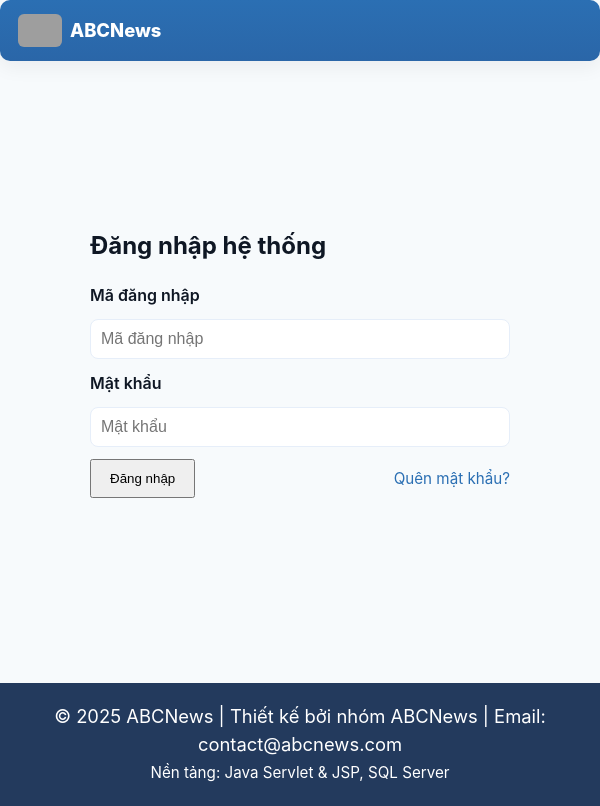
Repository: linhlinh113/ASM
Page: http://localhost/ABCNews/LoginServlet
An editor plug-in stored every save of this project. The page is shown before and after the next save, followed by the edit.
The browser window is 600 px wide. The pictures show the whole page.
Pictures or frames that could not be fetched are drawn as grey boxes. The page is served by Tomcat 10. Other server files are loaded and not shown.

Above is the page before, as saved 2025-10-17 10:52:47.

### ABCNews/src/main/webapp/login.jsp
<%@ page contentType="text/html;charset=UTF-8" language="java" %>
<%@ taglib uri="http://java.sun.com/jsp/jstl/core" prefix="c" %>
<c:set var="ctx" value="${pageContext.request.contextPath}" />
<!DOCTYPE html>
<html lang="vi">
<head>
    <meta charset="UTF-8"/>
    <title>Đăng nhập hệ thống ABCNews</title>
    <link rel="icon" type="image/png" href="${ctx}/assets/img/newsicon.png"/>
    <link rel="stylesheet" href="${ctx}/assets/css/style.css"/>
    <!-- Nếu muốn styles riêng cho login, có thể tạo file login.css và import ở đây -->
</head>
<body>
    <!-- include header để hiển thị navbar/menu -->
    <jsp:include page="/layout/header.jsp"/>

    <div class="page-wrap" style="min-height:70vh; display:flex; align-items:center; justify-content:center;">
        <div class="login-box" role="main" aria-labelledby="login-title" style="max-width:420px; width:100%;">
            <h2 id="login-title" style="margin-top:0;"><span class="icon-login"></span> Đăng nhập hệ thống</h2>

            <form action="${ctx}/LoginServlet" method="post" style="display:flex;flex-direction:column;gap:12px;">
                <label for="id" style="font-weight:600;">Mã đăng nhập</label>
                <input id="id" type="text" name="id" placeholder="Mã đăng nhập" required
                       style="padding:10px;border-radius:8px;border:1px solid #e6eef9;font-size:1rem;"/>

                <label for="password" style="font-weight:600;">Mật khẩu</label>
                <input id="password" type="password" name="password" placeholder="Mật khẩu" required
                       style="padding:10px;border-radius:8px;border:1px solid #e6eef9;font-size:1rem;"/>

                <div style="display:flex;justify-content:space-between;align-items:center;gap:12px;">
                    <button type="submit" class="login-btn btn" style="flex:0 0 auto;padding:10px 18px;">
                        <span class="icon-login" aria-hidden="true"></span> Đăng nhập
                    </button>
                    <a href="${ctx}/forgot-password.jsp" style="color:var(--primary); font-size:0.95rem; text-decoration:none;">Quên mật khẩu?</a>
                </div>
            </form>

            <c:if test="${not empty error}">
                <div class="alert error" role="alert" style="margin-top:12px;">${error}</div>
            </c:if>
        </div>
    </div>

    <jsp:include page="/layout/footer.jsp"/>
    <script src="${ctx}/assets/js/sidebar.js"></script>
</body>
</html>

### ABCNews/src/main/webapp/layout/header.jsp
<%@ page contentType="text/html;charset=UTF-8" language="java" %>
<%@ page import="com.abcnews.entity.User" %>
<%@ taglib uri="http://java.sun.com/jsp/jstl/core" prefix="c" %>
<%
    User user = (User) session.getAttribute("user");
%>
<c:set var="ctx" value="${pageContext.request.contextPath}" />

<div class="header-bar">
  <div class="header-left">
    <a href="${ctx}/" style="display:inline-flex;align-items:center;text-decoration:none;color:inherit;">
      <img src="${ctx}/assets/img/newsicon.png" width="44" style="border-radius:6px;" alt="ABCNews logo"/>
      <span class="brand-title" style="margin-left:8px;">ABCNews</span>
    </a>
  </div>

  <div class="header-links" role="navigation">
    <a class="header-link" href="${ctx}/">Trang chủ</a>
    <a class="header-link" href="${ctx}/NewsListServlet">Tin tức</a>

    <c:if test="${empty user}">
      <a class="header-link" href="${ctx}/login.jsp">Đăng nhập</a>
    </c:if>

    <c:if test="${not empty user}">
      <span style="color:#fff; font-weight:700; padding:6px 10px; border-radius:8px;">
        <span class="icon-user"></span> ${user.fullname}
      </span>
      <a class="header-link" href="${ctx}/LogoutServlet">Đăng xuất</a>
    </c:if>
  </div>
</div>

<script>
  window.APP_CTX = '${ctx}';
</script>

### ABCNews/src/main/webapp/layout/footer.jsp
<%@ page contentType="text/html;charset=UTF-8" language="java" %>
<div class="footer-bar" style="background:#233a5d;color:#fff;text-align:center;padding:20px 0;margin-top:40px;font-size:1.15rem;">
    <span>&copy; 2025 ABCNews | Thiết kế bởi nhóm ABCNews | <span class="icon-mail"></span> Email: contact@abcnews.com</span>
    <br>
    <span style="font-size:0.95rem;">Nền tảng: Java Servlet &amp; JSP, SQL Server</span>
</div>

### ABCNews/src/main/java/com/abcnews/servlet/LoginServlet.java
package com.abcnews.servlet;

import com.abcnews.dao.UserDAO;
import com.abcnews.entity.User;

import jakarta.servlet.ServletException;
import jakarta.servlet.annotation.WebServlet;
import jakarta.servlet.http.HttpServlet;
import jakarta.servlet.http.HttpServletRequest;
import jakarta.servlet.http.HttpServletResponse;
import jakarta.servlet.http.HttpSession;

import java.io.IOException;

@WebServlet("/LoginServlet")
public class LoginServlet extends HttpServlet {

    @Override
    protected void doPost(HttpServletRequest req, HttpServletResponse resp) throws ServletException, IOException {
        String id = req.getParameter("id");
        String password = req.getParameter("password");
        UserDAO dao = new UserDAO();
        try {
            User user = dao.login(id, password);
            if (user != null) {
                HttpSession session = req.getSession();
                session.setAttribute("user", user);
                if (user.isRole()) { // admin
                    resp.sendRedirect("manage/admin_home.jsp");
                } else {
                    resp.sendRedirect("manage/reporter_home.jsp");
                }
            } else {
                req.setAttribute("error", "Tài khoản hoặc mật khẩu không đúng!");
                req.getRequestDispatcher("login.jsp").forward(req, resp);
            }
        } catch (Exception e) {
            req.setAttribute("error", "Lỗi hệ thống: " + e.getMessage());
            req.getRequestDispatcher("login.jsp").forward(req, resp);
        }
    }

    @Override
    protected void doGet(HttpServletRequest req, HttpServletResponse resp) throws ServletException, IOException {
        req.getRequestDispatcher("login.jsp").forward(req, resp);
    }
}

### ABCNews/src/main/webapp/assets/css/style.css
/* Theme: Sáng - Hài hòa - Dễ nhìn
   Replace your current assets/css/style.css with this file.
*/
:root{
  --primary: #2b6fb3;      /* xanh dịu */
  --accent:  #2bb389;      /* xanh lá nhẹ */
  --bg:      #f7fafc;      /* nền tổng thể */
  --card:    #ffffff;
  --text:    #0f1724;      /* chữ chính */
  --muted:   #6b7280;
  --radius:  12px;
  --shadow:  0 10px 30px rgba(16,24,40,0.06);
  --max-width: 1200px;
}

/* Reset + base */
*{box-sizing:border-box}
html,body{height:100%}
body{
  margin:0;
  font-family: "Inter", "Segoe UI", Roboto, Arial, sans-serif;
  background:var(--bg);
  color:var(--text);
  -webkit-font-smoothing:antialiased;
  -moz-osx-font-smoothing:grayscale;
  line-height:1.5;
  -webkit-font-feature-settings: "liga" 1;
}

/* Global container */
.page-wrap{
  max-width:var(--max-width);
  margin:22px auto;
  padding:0 16px;
}

/* Header */
.header-bar{
  background: linear-gradient(180deg,var(--primary), #2a66a8);
  color:#fff;
  padding:14px 18px;
  display:flex;
  align-items:center;
  justify-content:space-between;
  gap:12px;
  border-radius:10px;
  box-shadow: 0 6px 20px rgba(16,24,40,0.06);
}
.header-left{display:flex;align-items:center;gap:12px}
.brand-title{font-weight:800;font-size:1.15rem;color:#fff}
.header-links{display:flex;gap:10px;align-items:center}
.header-link{
  color: rgba(255,255,255,0.96);
  text-decoration:none;
  padding:8px 10px;
  border-radius:8px;
  font-weight:600;
  transition: background .15s ease, color .15s ease, transform .12s ease;
}
.header-link:hover{ background: rgba(255,255,255,0.06); color:#fff; transform:translateY(-1px); }
.header-link:focus{ outline:3px solid rgba(43,111,179,0.18); outline-offset:2px }

/* Layout grid: left - main - right */
.layout{
  display:grid;
  grid-template-columns: 260px 1fr 320px;
  gap:18px;
  margin-top:18px;
  align-items:start;
}

/* Card / sidebar base */
.container, .sidebar {
  background: var(--card);
  border-radius: var(--radius);
  box-shadow: var(--shadow);
  padding:18px;
  border:1px solid rgba(16,24,40,0.03);
}

/* Left sidebar specifics */
.left-sidebar .search-box{ display:flex; gap:8px; margin-bottom:12px; }
.left-sidebar input[type="text"]{
  flex:1; padding:10px 12px; border-radius:10px;
  border:1px solid #e6eef9; background:#fbfdff; font-size:0.95rem;
}
.left-sidebar button{ padding:10px 12px; border-radius:10px; border:none; background:var(--primary); color:#fff; cursor:pointer; }

/* category buttons */
.cat-btn{
  display:block;
  padding:9px 12px;
  margin-bottom:8px;
  text-decoration:none;
  color:var(--text);
  border-radius:9px;
  background:linear-gradient(180deg,#fff,#fbfdff);
  border:1px solid rgba(16,24,40,0.03);
  font-weight:700;
  transition: transform .12s ease, box-shadow .12s ease;
}
.cat-btn:hover{ transform:translateY(-4px); box-shadow: 0 12px 30px rgba(43,111,179,0.06); }

/* Main content */
.main .main-title{
  font-size:1.5rem; font-weight:800; margin:0 0 12px 0; color:var(--text);
}
.news-grid{
  display:grid;
  grid-template-columns: repeat(auto-fill, minmax(220px, 1fr));
  gap:16px;
}
.news-card{
  border-radius:12px; overflow:hidden; background: linear-gradient(180deg,#fff,#fbfdff);
  border:1px solid rgba(16,24,40,0.03); transition: transform .18s ease, box-shadow .18s ease;
}
.news-card:hover{ transform:translateY(-8px); box-shadow: 0 22px 46px rgba(16,24,40,0.08); }
.thumb{ width:100%; height:150px; overflow:hidden; background:#eef5ff; }
.thumb img{ width:100%; height:100%; object-fit:cover; display:block; }
.news-title{ padding:12px; font-weight:700; color:var(--text); font-size:1rem; min-height:48px; }
.info{ padding:0 12px 12px 12px; color:var(--muted); font-size:0.92rem; }

/* Right sidebar small lists */
.list-item{ display:flex; gap:10px; align-items:center; padding:8px; border-radius:8px; text-decoration:none; color:inherit; border:1px solid rgba(16,24,40,0.03); background:#fff; }
.list-item img{ width:64px; height:48px; object-fit:cover; border-radius:6px; }

/* Recent views */
.recent-views{ display:flex; gap:8px; flex-wrap:wrap; margin-top:8px; }
.recent-views img{ width:60px; height:40px; object-fit:cover; border-radius:6px; border:1px solid rgba(16,24,40,0.03); }

/* Newsletter */
.newsletter-form{ display:flex; gap:8px; margin-top:12px; }
.newsletter-form input{ flex:1; padding:10px; border-radius:10px; border:1px solid #e6eef9; }

/* Alerts */
.alert{ padding:10px 12px; border-radius:8px; margin-top:10px; }
.alert.success{ background:#e6faf1; color:#065f3b; }
.alert.error{ background:#ffecec; color:#9b1b1b; }

/* Footer */
.site-footer{
  margin-top:24px;
  background: linear-gradient(180deg,var(--primary), #2a66a8);
  color:#fff;
  text-align:center;
  padding:14px 10px;
  border-radius:10px;
}

/* Small screens */
@media (max-width:980px){
  .layout{ grid-template-columns:1fr; }
  .sidebar.sticky{ position:relative; top:auto; }
  .page-wrap{ padding:0 12px; }
  .header-links{ display:none; } /* show mobile menu instead if you wish */
}

/* Override specific old rules (important) */
.header-bar a, .header-bar a:visited { color:#fff !important; }
.header-bar a.header-link { color:#fff !important; }

/* Accessibility focus */
a:focus, button:focus, input:focus{ outline:3px solid rgba(43,111,179,0.14); outline-offset:3px; }

### ABCNews/src/main/webapp/assets/js/sidebar.js
/**
 *
 */// sidebar.js - small helper to toggle sidebars on mobile
(function(){
  function toggle(id){
    var el = document.getElementById(id);
    if(!el) return;
    if(el.style.display === 'none' || window.getComputedStyle(el).display === 'none'){
      el.style.display = 'block';
    } else {
      el.style.display = 'none';
    }
  }
  window.ABC = window.ABC || {};
  window.ABC.toggleLeft = function(){ toggle('left-sidebar'); };
  window.ABC.toggleRight = function(){ toggle('right-sidebar'); };
})();

After the next save:
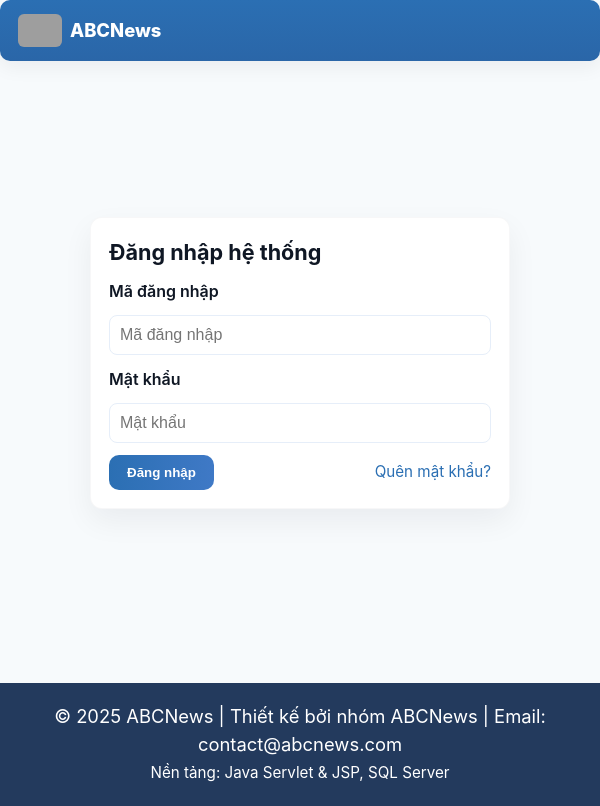
Saved 39 s later.
--- a/ABCNews/src/main/webapp/assets/css/style.css
+++ b/ABCNews/src/main/webapp/assets/css/style.css
@@ -161,3 +161,33 @@ body{
 
 /* Accessibility focus */
 a:focus, button:focus, input:focus{ outline:3px solid rgba(43,111,179,0.14); outline-offset:3px; }
+
+
+.login-box{
+  background: #ffffff;
+  border-radius: 12px;
+  padding: 28px;
+  box-shadow: 0 12px 30px rgba(16,24,40,0.06);
+  border: 1px solid rgba(16,24,40,0.03);
+}
+.login-box h2{
+  margin:0 0 10px 0;
+  color: var(--text, #102033);
+  font-size: 1.35rem;
+}
+.login-btn{
+  background: linear-gradient(90deg,var(--primary,#2b6fb3), #3f79c6);
+  color:#fff;
+  border-radius:10px;
+  border:none;
+  cursor:pointer;
+  font-weight:700;
+}
+.login-btn:hover{
+  filter:brightness(0.98);
+  transform:translateY(-1px);
+}
+@media (max-width: 680px){
+  .page-wrap{ padding:16px; }
+  .login-box{ padding:18px; }
+}
